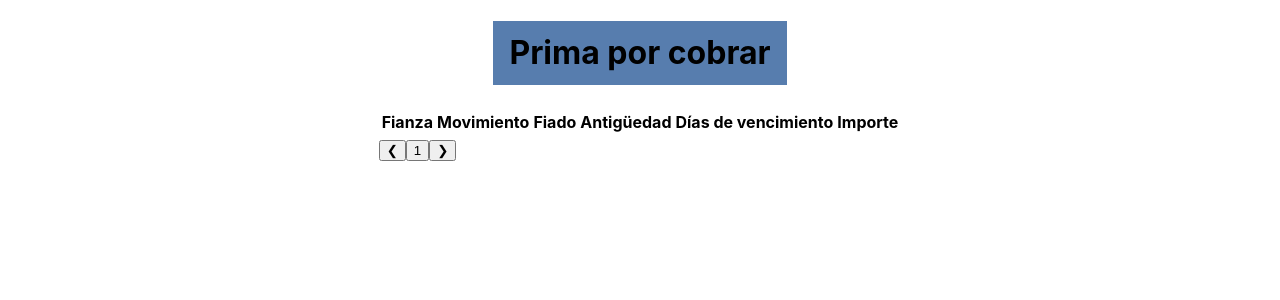
Repository: PCGP22/prueba-t-cnica-liberty-finanzas
Page: / (app in Prueba técnica full-stack/client/)
These files come from the project's save history. The page is drawn as it stood at one moment and after the next save; the edit follows.
The browser window is 1280 px wide. The pictures show the whole page.
The page's requests for data from a server got no answer. The project was rebuilt for these pictures with package versions that can differ from the ones it lists, and the page was loaded fresh each time. No one was signed in, and anything a server would have sent is missing. Also part of the build but not shown: Prueba técnica full-stack/client/vite.config.js, Prueba técnica full-stack/client/src/components/Card.jsx, Prueba técnica full-stack/client/src/components/CardsContainer.jsx, Prueba técnica full-stack/client/src/components/Filters.jsx.

Above is the page before, as saved 2023-11-14 07:30:29.

### Prueba técnica full-stack/client/src/App.jsx
import { dataContext } from "./context/dataContext";
import Table from "./components/Table";
import { useEffect, useReducer } from "react";
import Pagination from "./components/pagination";
import reducer from "./hooks/Reducer";
import Header from "./components/Header";

function App() {
  let url = "http://localhost:5000/primas";
  const initialState = {
    backupData: {},
    data: {},
    dataToShow: {},
    currentPage: 1,
    maxPages: 1,
    contentPerPage: 8,
  };

  const [state, dispatch] = useReducer(reducer, initialState);
  useEffect(() => {
    fetch(url)
      .then((res) => res.json())
      .then((data) => dispatch({ type: "initialize", payload: data.primas }));
  }, [url]);

  return (
    <dataContext.Provider value={[state, dispatch]}>
      <Header />
      <Table />
      <Pagination />
    </dataContext.Provider>
  );
}

export default App;

### Prueba técnica full-stack/client/src/index.css
:root {
  font-family: Inter, system-ui, Avenir, Helvetica, Arial, sans-serif;
  line-height: 1.5;
  font-weight: 400;
  --background-color: #f2f2f1;
  --darkest-blue: #22305a;
  --blue: #1a4b94;
  --light-blue: #577dae;
  --lightest-blue: #9fbde4;
  --status-red: #de7878;
  --status-yellow: #f6c476;
  --status-green: #8fc475;
  --icon-red: #b93d3d;
  --icon-green: #6cb85d;
  --text-blue: #3a689d;
  --text-red:  #af2e2c;
  --box-shadow: solid black 8px 8px 16px;
}
body{
  margin: 0;
  padding: 0;
}
body, header{
  display: flex;
  flex-direction: column;
  align-items: center;
}
h1{
  background-color: var(--light-blue);
  padding: 8px 16px;
  display: inline-block;
  text-align: center;
}

### Prueba técnica full-stack/client/src/context/dataContext.js
import { createContext } from "react";

export const dataContext = createContext();

### Prueba técnica full-stack/client/src/components/Table.jsx
import { calculateAntiquityInDays } from "../utils/utils";
import { useContext } from "react";
import { dataContext } from "../context/dataContext";

function Table() {
  const [state, dispatch] = useContext(dataContext);

  return (
    <table>
      <tbody>
        <tr>
          <th>Fianza</th>
          <th>Movimiento</th>
          <th>Fiado</th>
          <th>Antigüedad</th>
          <th>Días de vencimiento</th>
          <th>Importe</th>
        </tr>
        {state.dataToShow.length > 0 &&
          state.dataToShow.map((t) => {
            let antiquity = calculateAntiquityInDays(
              t.datos["fecha de emisión"]
            );
            let daysSinceStale = calculateAntiquityInDays(
              t.datos["fecha de vencimiento"]
            );
            if (daysSinceStale < 0) daysSinceStale = 0;
            return (
              <tr key={t.datos.código_de_fianza}>
                <td>{t.datos.código_de_fianza}</td>
                <td>{t.datos.tipo_de_movimiento}</td>
                <td>{t.datos.fiado}</td>
                <td>{antiquity}</td>
                <td>{daysSinceStale}</td>
                <td>${t.datos.importe.toLocaleString()}</td>
              </tr>
            );
          })}
      </tbody>
    </table>
  );
}

export default Table;

### Prueba técnica full-stack/client/src/components/pagination.jsx
import { useContext } from "react";
import { dataContext } from "../context/dataContext";

function Pagination() {
  const [state, dispatch] = useContext(dataContext);

  //   return <button onClick={() => dispatch({ type: "change" })}>Cambiar</button>;
  //   const { state.maxPages, state.currentPage, setstate.CurrentPage, setNextPage, setPrevPage } =
  // useContext(dataContext);
  //This pagination is somewhat complex because I've used it before in bigger proyects.
  //First, it initializes the pagination buttons to the first 6 numbers except for the number 1
  //The reason it doesn't includes the first page is because the first and last page buttons are always shown
  let pagesButtons = [2, 3, 4, 5, 6];
  //while the current page stays on the first three pages, show all first 6
  //The reason for the if, it's that I want the first 6 buttons to be shown when returning from the latest pages
  if (
    state.currentPage === 1 ||
    state.currentPage === 2 ||
    state.currentPage === 3
  ) {
    pagesButtons = [2, 3, 4, 5, 6];
  }
  //As soon as we change to page 4 or more, let's follow the current page and
  //add two buttons to the left and two to the right
  if (state.currentPage >= 4) {
    pagesButtons = [
      state.currentPage - 2,
      state.currentPage - 1,
      state.currentPage,
      state.currentPage + 1,
      state.currentPage + 2,
    ];
  }
  //When approaching to the right end of the pagination, show the last 5 pages
  if (
    state.currentPage === state.maxPages - 1 ||
    state.currentPage === state.maxPages - 2 ||
    state.currentPage === state.maxPages
  ) {
    //The reason it doesn't includes the last page is because the first and last page buttons are always shown
    pagesButtons = [
      state.maxPages - 5,
      state.maxPages - 4,
      state.maxPages - 3,
      state.maxPages - 2,
      state.maxPages - 1,
    ];
  }
  return (
    <section className="pagination">
      <button
        //About the class: When in first or last page the navigation chevrons will have a special class
        //The same happens when the button is the current page
        className={`${state.currentPage === 1 && "disabled"}`}
        onClick={() => dispatch({ type: "prevPage" })}>
        ❮
      </button>
      {/* First button, always shown */}
      <button
        className={`${state.currentPage === 1 && "disabled"}`}
        onClick={() => dispatch({ type: "setPage", payload: 1 })}>
        1
      </button>
      {/* Adds three dots in case the current page is bigger than 4*/}
      {state.currentPage > 4 && <p>•••</p>}
      {/* Map through all pages defined in the first part*/}
      {pagesButtons.map((p) => {
        if (p > 1 && p < state.maxPages)
          return (
            <button
              className={`${state.currentPage === p && "disabled"}`}
              key={p}
              onClick={() => dispatch({ type: "setPage", payload: p })}>
              {p}
            </button>
          );
      })}
      {/* Adds three dots in case the current page is getting closer to the right end*/}
      {state.currentPage < state.maxPages - 3 && <p>•••</p>}
      {/* If there's more than 1 page, show always the last page*/}
      {state.maxPages > 1 && (
        <button
          className={`${state.currentPage === state.maxPages && "disabled"}`}
          onClick={() =>
            dispatch({ type: "setPage", payload: state.maxPages })
          }>
          {state.maxPages}
        </button>
      )}
      <button
        className={`${state.currentPage === state.maxPages && "disabled"}`}
        onClick={() => dispatch({ type: "nextPage" })}>
        ❯
      </button>
    </section>
  );
}

export default Pagination;

### Prueba técnica full-stack/client/src/hooks/Reducer.js
function reducer(state, action) {
  function divideData(data, currentPage, state) {
    let dividedData = data.slice(
      (currentPage - 1) * state.contentPerPage,
      currentPage * state.contentPerPage
    );
    return dividedData;
  }
  function calculateMaxPages(data, state) {
    let maxPages = Math.ceil(data.length / state.contentPerPage);
    return maxPages;
  }
  const { type, payload } = action;
  switch (type) {
    case "initialize":
      return {
        ...state,
        backupData: payload,
        data: payload,
        dataToShow: divideData(payload, 1, state),
        maxPages: calculateMaxPages(payload, state),
      };
    case "prevPage":
      if (state.currentPage > 1) {
        return {
          ...state,
          currentPage: state.currentPage - 1,
          dataToShow: divideData(state.data, state.currentPage - 1, state),
        };
      } else return state;
    case "nextPage":
      if (state.currentPage < state.maxPages) {
        return {
          ...state,
          currentPage: state.currentPage + 1,
          dataToShow: divideData(state.data, state.currentPage + 1, state),
        };
      } else return state;
    case "setPage":
      return {
        ...state,
        currentPage: payload,
        dataToShow: divideData(state.data, payload, state),
      };
    case "filter":
      if (payload.filter === "") {
        return { ...state, dataToShow: state.backupData };
      } else
        return {
          ...state,
          dataToShow: state.backupData.filter(
            (d) => d[payload.type] === payload.filter
          ),
        };
    default:
      return state;
  }
}

export default reducer;

### Prueba técnica full-stack/client/src/components/Header.jsx
import CardsContainer from "./CardsContainer";
import Filters from "./Filters";

function Header() {
  return (
    <header>
      <h1>Prima por cobrar</h1>
      <Filters />
      <CardsContainer />
    </header>
  );
}

export default Header;

### Prueba técnica full-stack/client/src/utils/utils.js
//This function calculates how many days have passed since a date
export function calculateAntiquityInDays(date) {
  let parsedDate = parseDate(date);
  const CONSTANT_Ms_TO_DAYS = 86400000;
  let today = new Date();
  let comparisonDate = new Date(parsedDate);
  return Math.trunc((today - comparisonDate) / CONSTANT_Ms_TO_DAYS) - 1;
}

//transforms the date DD/MM/YYYY to an acceptable MM/DD/YYYY
function parseDate(date) {
  let stringToArray = date.split("/");
  let temp = stringToArray[0];
  stringToArray[0] = stringToArray[1];
  stringToArray[1] = temp;
  return stringToArray.join("/");
}

Loaded but not shown: Prueba técnica full-stack/client/index.html (common file); Prueba técnica full-stack/client/src/main.jsx (common file)

After the next save:
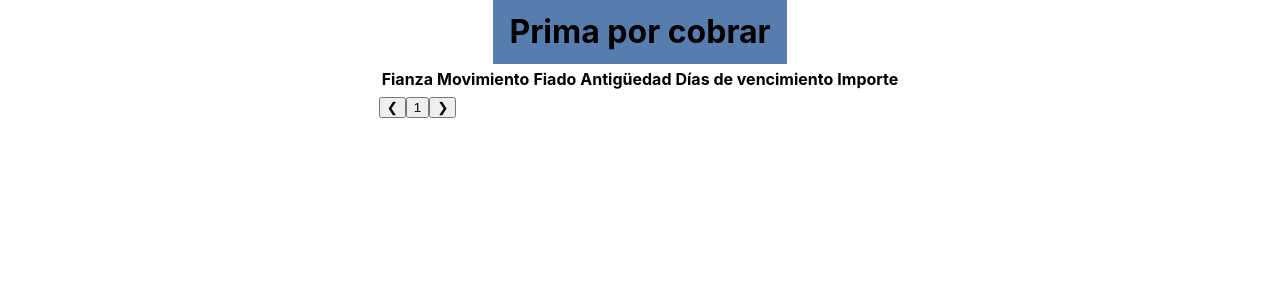
Saved 14 s later.
--- a/Prueba técnica full-stack/client/src/index.css
+++ b/Prueba técnica full-stack/client/src/index.css
@@ -16,7 +16,7 @@
   --text-red:  #af2e2c;
   --box-shadow: solid black 8px 8px 16px;
 }
-body{
+body, h1{
   margin: 0;
   padding: 0;
 }
